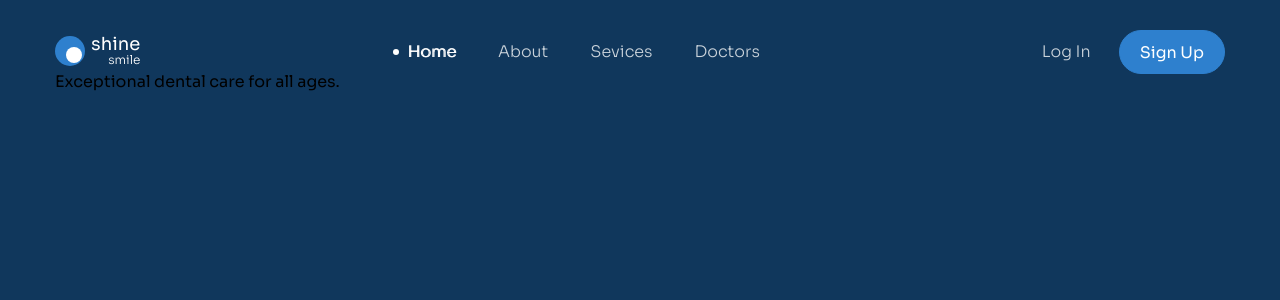
Repository: trungnguyen131/project-03
Page: index.html
The author's editor kept a copy of each file at every save. The page is drawn from the files as they stood at one save, then again after a run of saves.
The browser window is 1280 px wide. The pictures show the whole page.

Above is the page before, as saved 2024-03-31 16:36:36.

### index.html
<!DOCTYPE html>
<html lang="en">
<head>
    <meta charset="UTF-8">
    <meta name="viewport" content="width=device-width, initial-scale=1.0">
    <title>Shine Smile</title>

    <!-- Embed fonts -->
    <link rel="preconnect" href="https://fonts.googleapis.com">
    <link rel="preconnect" href="https://fonts.gstatic.com" crossorigin>
    <link href="https://fonts.googleapis.com/css2?family=Sora:wght@100..800&display=swap" rel="stylesheet">

    <!-- favicon -->
    <link rel="apple-touch-icon" sizes="57x57" href="./assets/favicon/apple-icon-57x57.png">
    <link rel="apple-touch-icon" sizes="60x60" href="./assets/favicon/apple-icon-60x60.png">
    <link rel="apple-touch-icon" sizes="72x72" href="./assets/favicon/apple-icon-72x72.png">
    <link rel="apple-touch-icon" sizes="76x76" href="./assets/favicon/apple-icon-76x76.png">
    <link rel="apple-touch-icon" sizes="114x114" href="./assets/favicon/apple-icon-114x114.png">
    <link rel="apple-touch-icon" sizes="120x120" href="./assets/favicon/apple-icon-120x120.png">
    <link rel="apple-touch-icon" sizes="144x144" href="./assets/favicon/apple-icon-144x144.png">
    <link rel="apple-touch-icon" sizes="152x152" href="./assets/favicon/apple-icon-152x152.png">
    <link rel="apple-touch-icon" sizes="180x180" href="./assets/favicon/apple-icon-180x180.png">
    <link rel="icon" type="image/png" sizes="192x192"  href="./assets/favicon/android-icon-192x192.png">
    <link rel="icon" type="image/png" sizes="32x32" href="./assets/favicon/favicon-32x32.png">
    <link rel="icon" type="image/png" sizes="96x96" href="./assets/favicon/favicon-96x96.png">
    <link rel="icon" type="image/png" sizes="16x16" href="./assets/favicon/favicon-16x16.png">
    <link rel="manifest" href="./assets/favicon/manifest.json">
    <meta name="msapplication-TileColor" content="#ffffff">
    <meta name="msapplication-TileImage" content="./assets/favicon/ms-icon-144x144.png">
    <meta name="theme-color" content="#ffffff">

    <!-- reset css -->
    <link rel="stylesheet" href="./assets/css/reset.css">

    <!-- Styles css -->
    <link rel="stylesheet" href="./assets/css/style.css">

</head>
<body>
    <header class="header">
        <div class="container">
            <!-- Header top -->
            <div class="header-top">
                <!-- Logo -->
                <a  href="/">
                    <div class="logo">
                        <span class="logo__circle"></span>
                        <span class="logo__text">
                            <span class="logo__branch">shine</span>
                            <span class="logo__branch logo__branch--small">smile</span>
                        </span>
                    </div>
                </a>

                <!-- Navbar -->
                <nav class="navbar">
                    <ul class="navbar__list">
                        <li class="navbar__item ">
                            <a href="#!" class="navbar__link navbar__item--active">Home</a>
                        </li>
                        <li class="navbar__item">
                            <a href="#!" class="navbar__link">About</a>
                        </li>
                        <li class="navbar__item">
                            <a href="#!" class="navbar__link">Sevices</a>
                        </li>
                        <li class="navbar__item">
                            <a href="#!" class="navbar__link">Doctors</a>
                        </li>
                    </ul>
                </nav>

                <!-- Action -->
                <div class="header-action">
                    <a href="#!" class="header-action__login ">Log In</a>
                    <a href="#!" class="btn header-action__signup">Sign Up</a>
                </div>

            </div>
            <!-- Hero -->
            <section class="hero">
                <!-- Hero content -->
                <section class="hero_content">
                    <h1 class="hero__heading">Exceptional dental care for all ages.</h1>
                    <p class="hero_desc">

                    </p>
                </section>
                <!-- Hero media -->
                <div class="hero_media">
                    <figure class="hero_images">
                        <img src="" alt="" class="hero_img">
                        <img src="" alt="" class="hero_img">
                    </figure>
                </div>
            </section>
        </div>
    </header>
</body>
</html>

### assets/css/style.css
* {
    box-sizing: border-box;
}

:root {
    --header-bg: #10375C;
}

html {
    font-size: 62.5%;
}

body {
    font-size: 1.6rem;
    font-family: "Sora", sans-serif;
}

/* common */

a {
    text-decoration: none;
}
.container {
    width: 1170px;
    max-width: calc(100% - 48px);
    margin: 0 auto;
}

.btn {
    --height: 60px;
    color:#fff;
    background:#2E80CE ;
    height: var(--height);
    padding: 0 20px;
    display: inline-block;
    line-height: var(--height);
    border-radius: 99px;
    min-width: 205px;
    text-align: center;
    font-size: 1.6rem;
    font-weight: 400;
    border: 1px solid #2E80CE;
}

.btn:hover {
    opacity: 0.9;
    cursor: pointer;
}

/* Header */
.header {
    min-height: 100vh;
    padding-top: 30px;
    background:var(--header-bg);
}

.logo {
    font-size: 1rem;
    position: relative;
    display: inline-flex;
}

.logo__circle::before,
.logo__circle::after {
    content: " ";
    display: inline-block;
    border-radius: 50%;
}

.logo__circle::before {
    width: 3em;
    height: 3em;
    background-color: #2E80CE;
}

.logo__circle::after {
    position: absolute;
    top: 1.1em;
    left: 1.1em;
    width: 1.6em;
    height: 1.6em;
    background-color: #ffffff;
}

.logo__text {
    margin-left: 0.6em;
    text-align: right;
    line-height: 1.6em;
}

.logo__branch {
    font-size: 1.8em;
    font-weight: 400;
    color:#fff;
    display: block;
}

.logo__branch--small {
    font-size: 1.2em;
    font-weight: 300;
}

/* Header top */
.header-top {
    display: flex;
    align-items: center;
    justify-content: space-between;
}

.navbar__list {
    display: flex;
}
.header-action__login,
.navbar__link {
    padding:4px 21px;
    color:#C9D2DA;
    font-size: 1.6rem;
    font-weight: 300;
}
.navbar__link:hover,
.navbar__item--active {
    color:#fff;
    text-shadow: 1px 0 0 currentColor;
}

.navbar__item--active::before {
    position: relative;
    top:-2px;
    left: -8px;
    content: " ";
    display: inline-block;
    width: 6px;
    height: 6px;
    border-radius: 50%;
    background-color: #fff;
}

.header-action {
    display: flex;
    align-items: center;
}

.header-action__login {
    margin-right: 7px;
}

.header-action__signup {
    --height: 44px;
    min-width: 104px;
}

Loaded but not shown: assets/css/reset.css (common file)

After the next 2 saves:
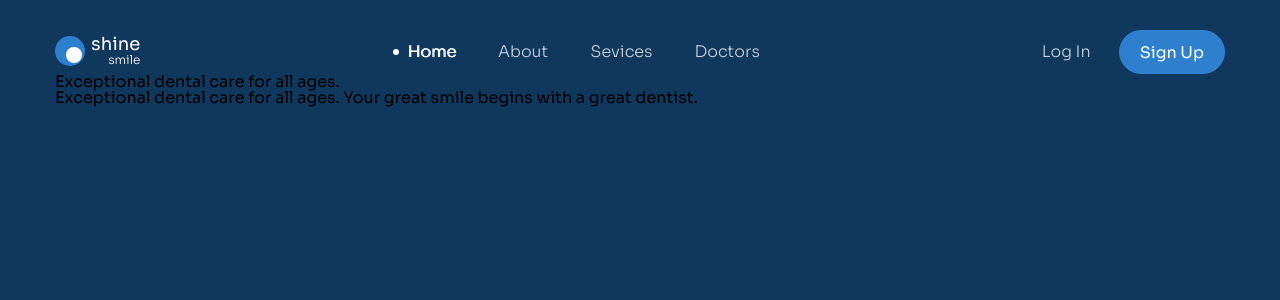
The 2 saves are shown as one change because they came seconds apart.
The last was saved 15 s later.
--- a/index.html
+++ b/index.html
@@ -83,8 +83,9 @@
                 <section class="hero_content">
                     <h1 class="hero__heading">Exceptional dental care for all ages.</h1>
                     <p class="hero_desc">
+                        Exceptional dental care for all ages. Your great smile begins with a great dentist.
+                    </p>
 
-                    </p>
                 </section>
                 <!-- Hero media -->
                 <div class="hero_media">
